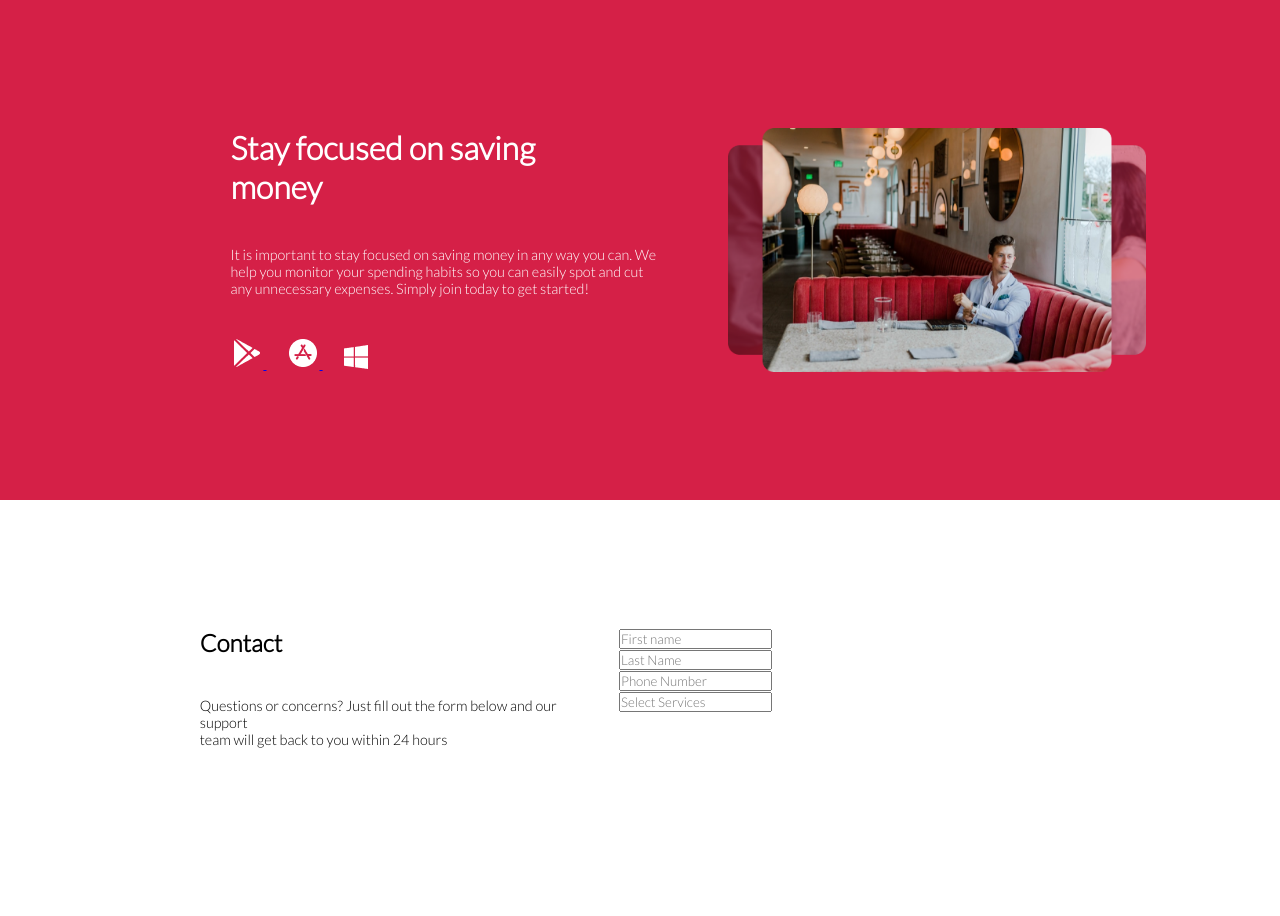
Repository: batonAnton/Cursor_lecture4
Page: index.html
These files come from the project's save history. The page is drawn as it stood at one moment and after the next save; the edit follows.
The browser window is 1280 px wide. The pictures show the whole page.

Above is the page before, as saved 2022-06-08 15:02:12.

### index.html
<!DOCTYPE html>
<html lang="en">
<head>
    <meta charset="UTF-8">
    <meta http-equiv="X-UA-Compatible" content="IE=edge">
    <meta name="viewport" content="width=device-width, initial-scale=1.0">
    <title>CloudBudget Freebie</title>
    <link rel="preconnect" href="https://fonts.googleapis.com">
    <link rel="preconnect" href="https://fonts.gstatic.com" crossorigin>
    <link href="https://fonts.googleapis.com/css2?family=Lato:wght@300&display=swap" rel="stylesheet">
    <link rel="stylesheet" href="css/style.css">
</head>
<body>
    <header>
        <div class="info-box">
            <h1>Stay focused on saving <br> money</h1>
            <p>It is important to stay focused on saving money in any way you can. We <br> help you monitor your spending habits so you can easily spot and cut <br> any unnecessary expenses. Simply join today to get started!</p>

            <div class="link_source">
                <a href="https://play.google.com/store/games?hl=uk&gl=US">
                    <img src="/image/icon/google_play.png" alt="icon-google">
                </a>
                <a href="https://www.apple.com/ua/app-store/">
                    <img src="/image/icon/apstore.png" alt="icon-apstore">
                </a>
                <a href="https://www.microsoft.com/uk-ua/software-download/windows10">
                    <img src="/image/icon/windows.png" alt="icon-windows">
                </a>
            </div>
        </div>

        <div class="big_img"></div>
    </header>

    <section>
        <div class="info-box">
            <h1>Contact</h1>
            <p>Questions or concerns? Just fill out the form below and our support <br> team will get back to you within 24 hours</p>
        </div>

        <div class="input-fields">
            <form>
                <input type="text" id="fname" placeholder="First name" name="fname">
                <input type="text" id="lname" placeholder="Last Name" name="lname"> <br>
                <input type="number" name="" id="" placeholder="Phone Number"> <br>
                <input list="browsers" placeholder="Select Services" name="service">
                <datalist id="browsers">
                    <option value="Service1">
                    <option value="Service2">
                    <option value="Service3">
                    <option value="Service4">
                    <option value="Service5">
                </datalist>
              </form>
        </div>
    </section>
</body>
</html>

### css/style.css
* {
  font-family: "Lato", sans-serif;
  margin: 0;
  padding: 0;
  box-sizing: border-box;
}

header {
  width: 100%;
  height: 20%;
  padding: 10%;
  color: #ffffff;
  display: inline-flex;
  background-color: #d52047;
}

.info-box {
  width: 80%;
  margin-left: 10%;
}

.info-box p {
  width:90% ;
  margin: 40px 0;
  font-size: 0.9rem;
}

.link_source a{
    margin-left: -19px;
    padding: 0 20px;
}

.big_img {
    background-image: url("/image/Photo.png");
    width: 70%;
        /* height: 311px; */
    background-repeat: no-repeat;
    background-position: center;
    background-size: contain;
}

                                       /* Section */
section{
    color: #000000;
    display: inline-flex;
    padding: 10%;
}

section .info-box{
    margin-left: 10%;
}

After the next save:
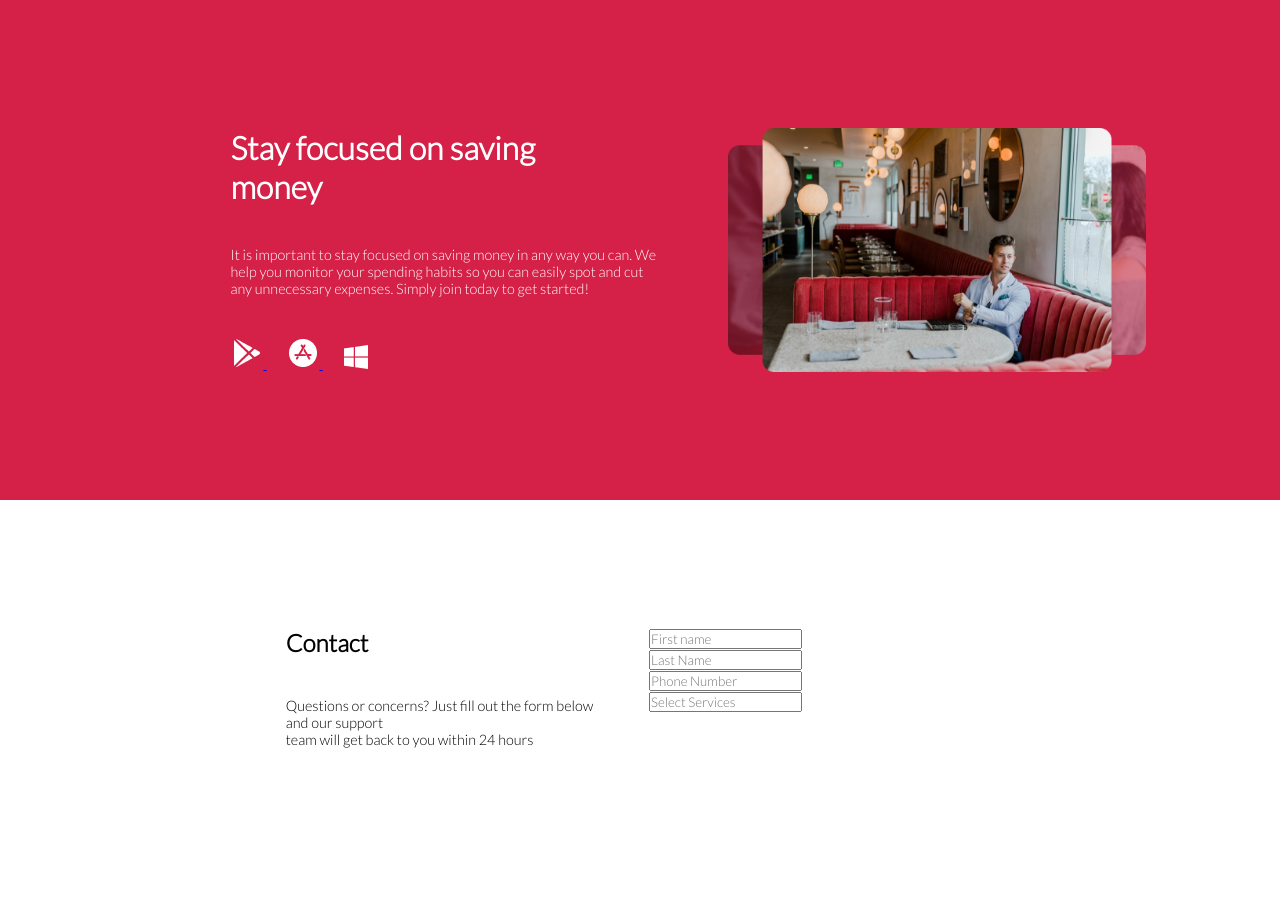
Saved 5 min 20 s later.
--- a/css/style.css
+++ b/css/style.css
@@ -20,32 +20,33 @@ header {
 }
 
 .info-box p {
-  width:90% ;
+  width: 90%;
   margin: 40px 0;
   font-size: 0.9rem;
 }
 
-.link_source a{
-    margin-left: -19px;
-    padding: 0 20px;
+.link_source a {
+  margin-left: -19px;
+  padding: 0 20px;
 }
 
 .big_img {
-    background-image: url("/image/Photo.png");
-    width: 70%;
-        /* height: 311px; */
-    background-repeat: no-repeat;
-    background-position: center;
-    background-size: contain;
+  background-image: url("/image/Photo.png");
+  width: 70%;
+  /* height: 311px; */
+  background-repeat: no-repeat;
+  background-position: center;
+  background-size: contain;
 }
 
-                                       /* Section */
-section{
-    color: #000000;
-    display: inline-flex;
-    padding: 10%;
+/* Section */
+section {
+  color: #000000;
+  display: inline-flex;
+  padding: 10%;
 }
 
-section .info-box{
-    margin-left: 10%;
+section .info-box {
+  margin-left: 22%;
+  width: 80%;
 }
